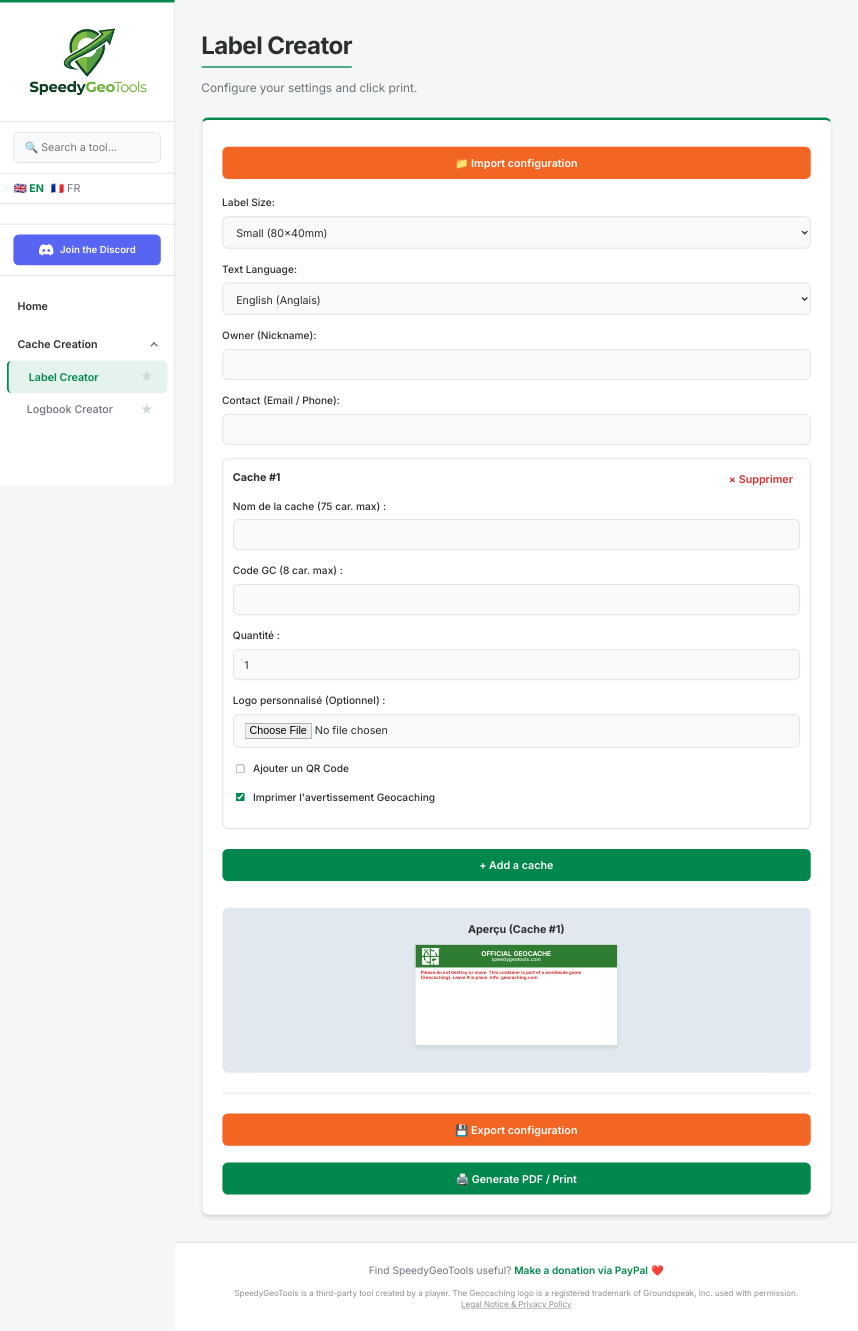
Repository: rodafux/SpeedyGeoTools
Page: labels.html
These files come from the project's save history. The page is drawn as it stood at one moment and after the next save; the edit follows.
The browser window is 1280 px wide. The pictures show the whole page, at 67% of full size.

Above is the page before, as saved 2026-04-11 01:23:15.

### labels.html
<!DOCTYPE html>
<html lang="en">
<head>
    <meta charset="UTF-8">
    <meta name="viewport" content="width=device-width, initial-scale=1.0">
    <title>SpeedyGeoTools - Label Creator</title>
    <meta name="description" content="Generate and print your custom geocaching labels with QR Codes and personalized options.">
    <link rel="alternate" hreflang="en" href="https://speedygeotools.com/labels.html" />
    <link rel="alternate" hreflang="fr" href="https://speedygeotools.com/fr/labels.html" />
    <link rel="alternate" hreflang="x-default" href="https://speedygeotools.com/labels.html" />
    <link rel="preconnect" href="https://fonts.googleapis.com">
    <link rel="preconnect" href="https://fonts.gstatic.com" crossorigin>
    <link href="https://fonts.googleapis.com/css2?family=Inter:wght@400;500;600;700&display=swap" rel="stylesheet">
    <link rel="stylesheet" href="css/style.css">
    <link rel="stylesheet" href="css/print.css">
    <script src="https://cdnjs.cloudflare.com/ajax/libs/qrious/4.0.2/qrious.min.js"></script>
</head>
<body>
    <div class="app-sidebar no-print">
        <div class="sidebar-header">
            <a href="index.html" class="sidebar-brand">
                <img src="logo.png" alt="SpeedyGeoTools" class="brand-logo">
            </a>
            <button class="mobile-menu-toggle" onclick="toggleMobileMenu()">☰</button>
        </div>
        <div class="sidebar-content" id="sidebarContent">
            <div class="search-container">
                <input type="text" id="toolSearch" placeholder="🔍 Search a tool..." onkeyup="filterTools()">
            </div>
            <div style="padding: 10px 20px; border-bottom: 1px solid var(--border-color); display: flex; gap: 10px;">
                <a href="labels.html" style="text-decoration: none; font-weight: bold; color: var(--primary-color);">🇬🇧 EN</a>
                <a href="fr/labels.html" style="text-decoration: none; color: var(--text-muted);">🇫🇷 FR</a>
            </div>
            <div id="google_translate_element" class="translation-widget"></div>
            <div class="sidebar-discord">
                <a href="https://discord.gg/7D9yHJCKaA" target="_blank">
                    <svg viewBox="0 0 127.14 96.36" width="22" height="22" fill="currentColor"><path d="M107.7,8.07A105.15,105.15,0,0,0,81.47,0a72.06,72.06,0,0,0-3.36,6.83A97.68,97.68,0,0,0,49,6.83,72.37,72.37,0,0,0,45.64,0,105.89,105.89,0,0,0,19.39,8.09C2.79,32.65-1.71,56.6.54,80.21h0A105.73,105.73,0,0,0,32.71,96.36,77.7,77.7,0,0,0,39.6,85.25a68.42,68.42,0,0,1-10.85-5.18c.91-.66,1.8-1.34,2.66-2a75.57,75.57,0,0,0,64.32,0c.87.71,1.76,1.39,2.66,2a68.68,68.68,0,0,1-10.87,5.19,77,77,0,0,0,6.89,11.1A105.25,105.25,0,0,0,126.6,80.22h0C129.24,52.84,122.09,29.11,107.7,8.07ZM42.45,65.69C36.18,65.69,31,60,31,53s5-12.74,11.43-12.74S54,46,53.89,53,48.84,65.69,42.45,65.69Zm42.24,0C78.41,65.69,73.31,60,73.31,53s5-12.74,11.43-12.74S96.33,46,96.22,53,91.08,65.69,84.69,65.69Z"/></svg>
                    <span>Join the Discord</span>
                </a>
            </div>
            <div class="sidebar-nav">
                <a href="index.html">Home</a>
                <details open>
                    <summary>Cache Creation</summary>
                    <a href="labels.html" class="active">Label Creator</a>
                    <a href="logbook.html">Logbook Creator</a>
                </details>
            </div>
        </div>
    </div>
    <div class="app-content">
        <div class="container no-print">
            <h1>Label Creator</h1>
            <p class="subtitle">Configure your settings and click print.</p>
            <div class="main-layout" style="display:block;">
                <div class="controls-panel">
                    <div style="margin-bottom: 25px;">
                        <input type="file" id="importLabels" accept=".json" onchange="importConfig(event)" style="display: none;">
                        <button onclick="document.getElementById('importLabels').click()" class="btn-secondary">📁 Import configuration</button>
                    </div>
                    <div class="form-group">
                        <label for="labelSize">Label Size:</label>
                        <select id="labelSize" onchange="onSizeChange()">
                            <option value="micro">Micro (50x25mm)</option>
                            <option value="small" selected>Small (80x40mm)</option>
                            <option value="regular">Regular (120x60mm)</option>
                        </select>
                    </div>
                    <div class="form-group">
                        <label for="pdfLanguage">Text Language:</label>
                        <select id="pdfLanguage" onchange="onSizeChange()">
                            <option value="fr">Français</option>
                            <option value="en" selected>English (Anglais)</option>
                            <option value="de">Deutsch (Allemand)</option>
                            <option value="es">Español (Espagnol)</option>
                            <option value="it">Italiano (Italien)</option>
                            <option value="pt">Português (Portugais)</option>
                            <option value="nl">Nederlands (Néerlandais)</option>
                            <option value="cs">Čeština (Tchèque)</option>
                        </select>
                    </div>
                    <div class="form-group">
                        <label for="labelOwner">Owner (Nickname):</label>
                        <input type="text" id="labelOwner" onkeyup="updateLabelPreview()">
                    </div>
                    <div class="form-group">
                        <label for="labelMail">Contact (Email / Phone):</label>
                        <input type="text" id="labelMail" onkeyup="updateLabelPreview()">
                    </div>
                    <div id="cachesListContainer"></div>
                    <button onclick="addCacheCard()" style="margin-bottom: 20px;">+ Add a cache</button>
                    <div id="labelPreviewContainer" style="margin-top: 20px; background: #e2e8f0; padding: 20px; border-radius: 8px;"></div>
                    <div style="margin-top: 30px; border-top: 1px solid var(--border-color); padding-top: 20px;">
                        <button onclick="exportConfig()" class="btn-secondary" style="margin-bottom: 15px;">💾 Export configuration</button>
                        <button onclick="generateLabelsAndPrint()">🖨️ Generate PDF / Print</button>
                    </div>
                </div>
            </div>
        </div>
        <footer class="site-footer no-print">
            <p>Find SpeedyGeoTools useful? <a href="https://paypal.me/JulienPorcher" target="_blank" rel="noopener noreferrer">Make a donation via PayPal</a> ❤️</p>
            <p class="disclaimer">
                SpeedyGeoTools is a third-party tool created by a player. The Geocaching logo is a registered trademark of Groundspeak, Inc. used with permission.<br>
                <a href="legal.html">Legal Notice & Privacy Policy</a>
            </p>
        </footer>
    </div>
    <div id="render-area"></div>
    <script type="text/javascript" src="//translate.google.com/translate_a/element.js?cb=googleTranslateElementInit"></script>
    <script src="js/i18n.js"></script>
    <script src="js/formats/micro.js"></script>
    <script src="js/formats/small.js"></script>
    <script src="js/formats/regular.js"></script>
    <script src="js/labels.js"></script>
    <script src="js/main.js"></script>
</body>
</html>

### css/print.css
@media print {
    @page { size: A4 portrait; margin: 0; }
    body { background: white; padding: 0; margin: 0; color: black; font-family: sans-serif; display: block; }
    body > * { display: none !important; }
    body > #render-area { display: block !important; width: 100%; }
    .a4-page { width: 210mm; height: 297mm; padding: 10mm 15mm; box-sizing: border-box; display: flex; justify-content: center; break-after: page; }
    .a4-page:last-child { page-break-after: auto; break-after: auto; }
    .log-strip { height: 100%; border: 1px solid #000; border-left: none; box-sizing: border-box; display: flex; flex-direction: column; overflow: hidden; }
    .log-strip:first-child { border-left: 1px solid #000; }
    .staple-area { min-height: 10mm; border-bottom: 1px dashed #999; }
    .official-logo-box { text-align: center; padding: 5mm 0; border-bottom: 1px solid #000; }
    .official-logo-box img { width: 20mm; height: auto; }
    .official-logo-box div { font-size: 7px; font-weight: bold; margin-top: 2px; }
    .strip-logo { width: 100%; max-height: 25mm; object-fit: contain; margin: 4mm 0; padding: 0 2mm; box-sizing: border-box; display: block; }
    .logo-container { border-bottom: 1px solid #000; }
    .created-on { text-align: center; font-size: 9px; font-weight: bold; background-color: #000 !important; color: #FFF !important; padding: 4px 1mm; border-bottom: 1px solid #000; text-transform: uppercase; letter-spacing: 0.3px; -webkit-print-color-adjust: exact; print-color-adjust: exact; }
    .cache-info { text-align: center; padding: 4px 3mm 4px 5mm; border-bottom: 1px solid #000; font-size: 10px; }
    .cache-info strong { font-size: 11px; display: block; }
    .emergency-box { padding: 6px 3mm 6px 5mm; border-bottom: 1px solid #000; font-size: 8px; line-height: 1.6; }
    .emergency-box strong { display: block; text-align: center; font-size: 10px; margin-bottom: 4px; }
    .warning-text { font-size: 6.5px; padding: 4px 3mm 4px 5mm; text-align: justify; line-height: 1.2; border-bottom: 1px solid #000; }
    .warning-text strong { display: block; text-align: center; margin-bottom: 3px; font-size: 7.5px; }
    .warning-text ul { padding-left: 8px; margin: 3px 0; }
    .qr-box { padding: 4px 3mm 4px 5mm; text-align: center; border-bottom: 1px solid #000; }
    .qr-title { font-size: 7px; font-weight: bold; margin-bottom: 2px; }
    .qr-warn { font-size: 6px; margin-top: 2px; color: #333; }
    .podium-box { display: flex; flex-direction: column; border-bottom: 1px solid #000; }
    .podium-stamp { border-bottom: 1px dotted #888; display: flex; flex-direction: column; padding: 2px 2px 2px 5mm; box-sizing: border-box; }
    .podium-stamp.with-tampon { min-height: 35mm; }
    .podium-stamp:last-child { border-bottom: none; }
    .podium-header { display: flex; flex-wrap: wrap; align-items: center; gap: 3px; font-size: 7px; color: #333; margin-bottom: 2mm; }
    .podium-title { font-weight: bold; font-size: 10px; color: #000; margin-right: 2px; }
    .podium-input-date { font-style: italic; }
    .podium-input-pseudo { font-style: italic; flex-grow: 1; }
    .podium-tampon { flex-grow: 1; display: flex; align-items: center; justify-content: center; font-size: 10px; color: #aaa; text-transform: uppercase; letter-spacing: 1px; border: 1px dotted #ccc; }
    .logs-container { flex-grow: 1; display: flex; flex-direction: column; }
    .log-row { flex: 1; border-bottom: 1px solid #ccc; box-sizing: border-box; display: flex; }
    .log-row:last-child { border-bottom: none; }
    .staple-spacer { border-bottom: 1px solid #ccc; }
    .log-date { width: 10mm; border-right: 1px dotted #ccc; font-size: 7px; padding: 2px 2px 2px 3mm; color: #666; box-sizing: border-box; }
    .log-name { flex-grow: 1; font-size: 7px; padding: 2px 2px 2px 2mm; color: #666; box-sizing: border-box; }
}

Loaded but not shown: js/i18n.js (218 lines, source omitted); js/labels.js (226 lines, source omitted); js/main.js (199 lines, source omitted); js/formats/small.js (62 lines, source omitted); js/formats/micro.js (57 lines, source omitted); js/formats/regular.js (45 lines, source omitted); css/style.css (196 lines, source omitted)

After the next save:
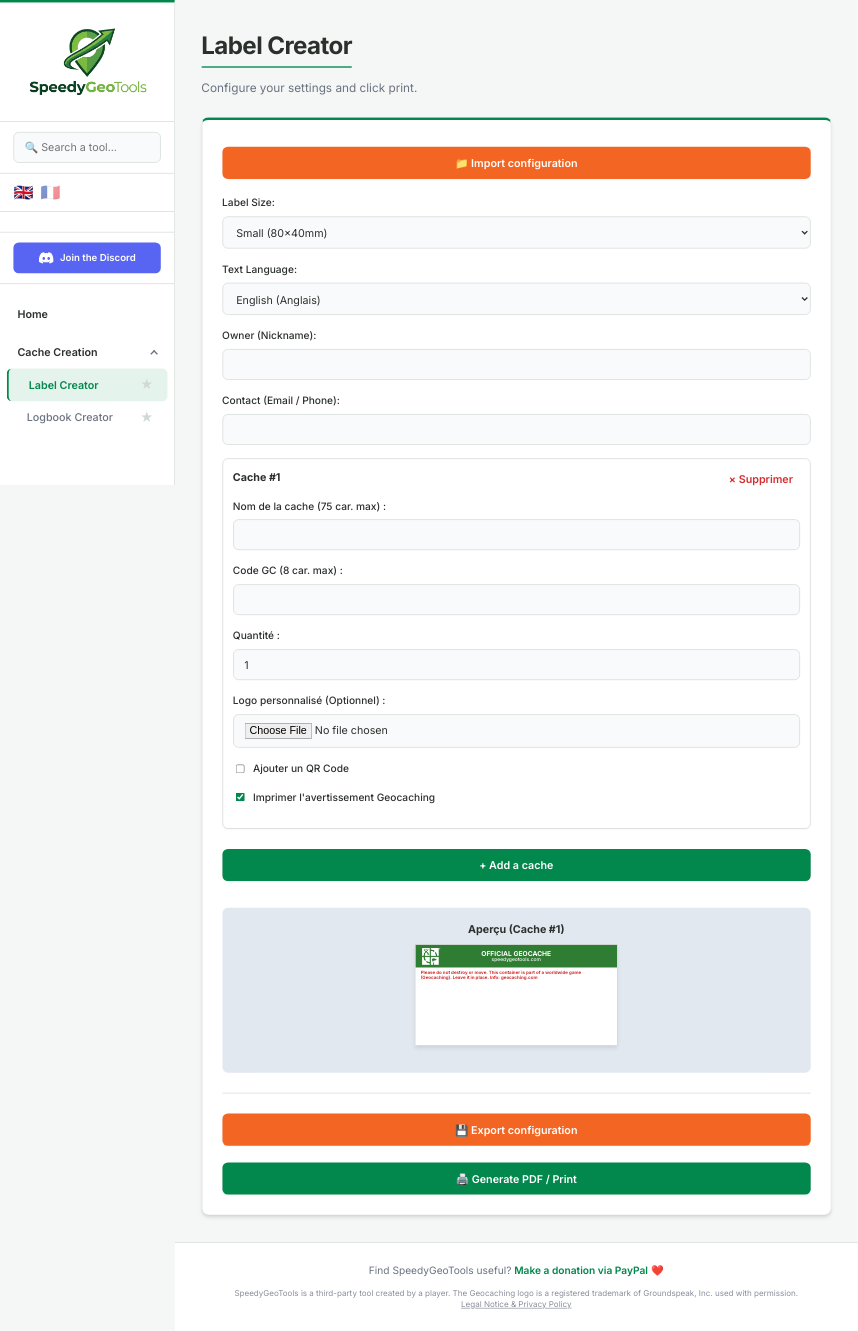
Saved 8 s later.
--- a/labels.html
+++ b/labels.html
@@ -28,8 +28,8 @@
                 <input type="text" id="toolSearch" placeholder="🔍 Search a tool..." onkeyup="filterTools()">
             </div>
             <div style="padding: 10px 20px; border-bottom: 1px solid var(--border-color); display: flex; gap: 10px;">
-                <a href="labels.html" style="text-decoration: none; font-weight: bold; color: var(--primary-color);">🇬🇧 EN</a>
-                <a href="fr/labels.html" style="text-decoration: none; color: var(--text-muted);">🇫🇷 FR</a>
+                <a href="labels.html" style="text-decoration: none; font-size: 1.5rem; opacity: 1;">🇬🇧</a>
+                <a href="fr/labels.html" style="text-decoration: none; font-size: 1.5rem; opacity: 0.5;">🇫🇷</a>
             </div>
             <div id="google_translate_element" class="translation-widget"></div>
             <div class="sidebar-discord">
